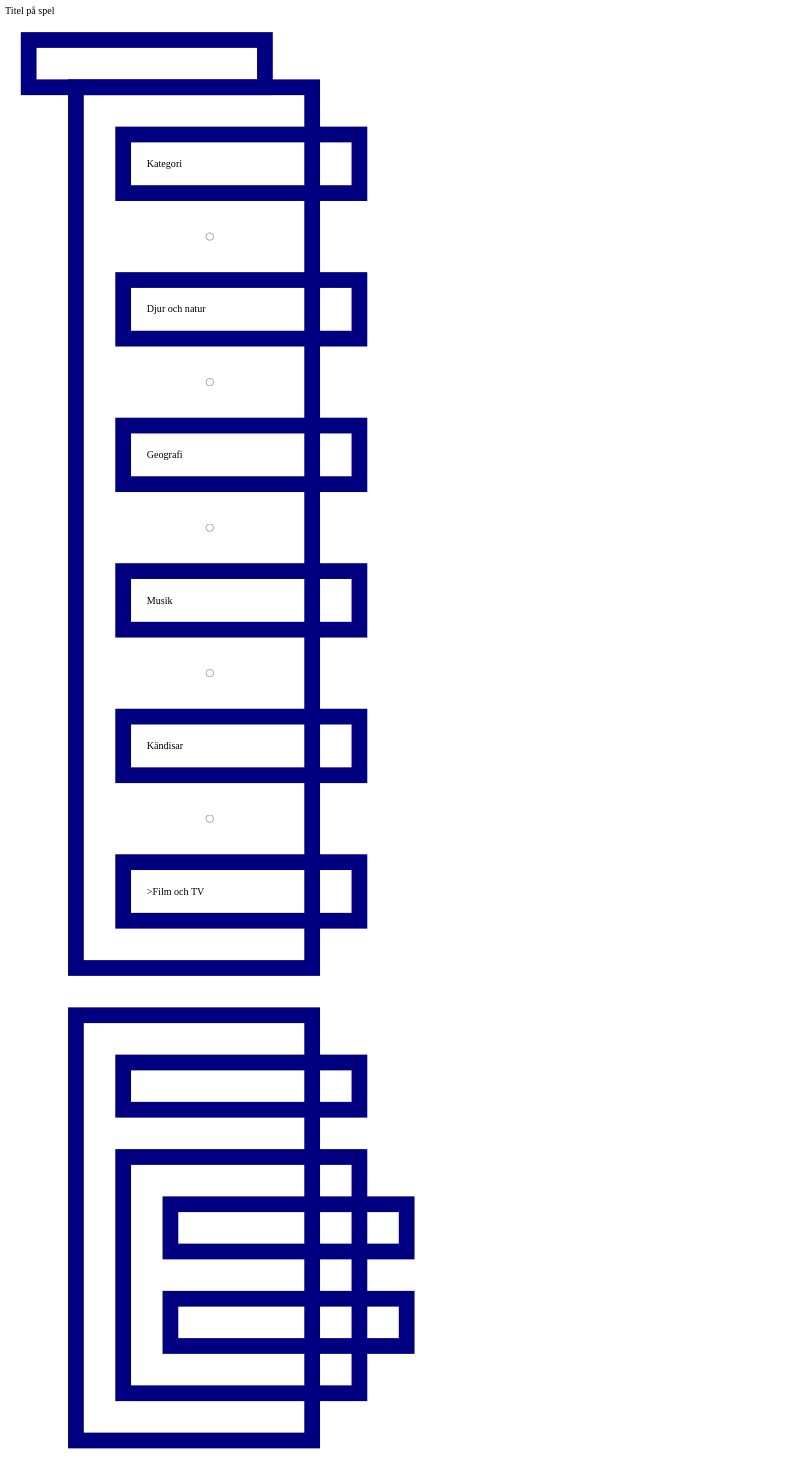
Repository: ed222gg/project2
Page: pages/start.html
The author's editor kept a record of every edit. The page is drawn from the files as they stood at one moment, then again after the next edit.
The browser window is 1280 px wide. The pictures show the whole page, at 63% of full size.

Above is the page before.

After the next edit:
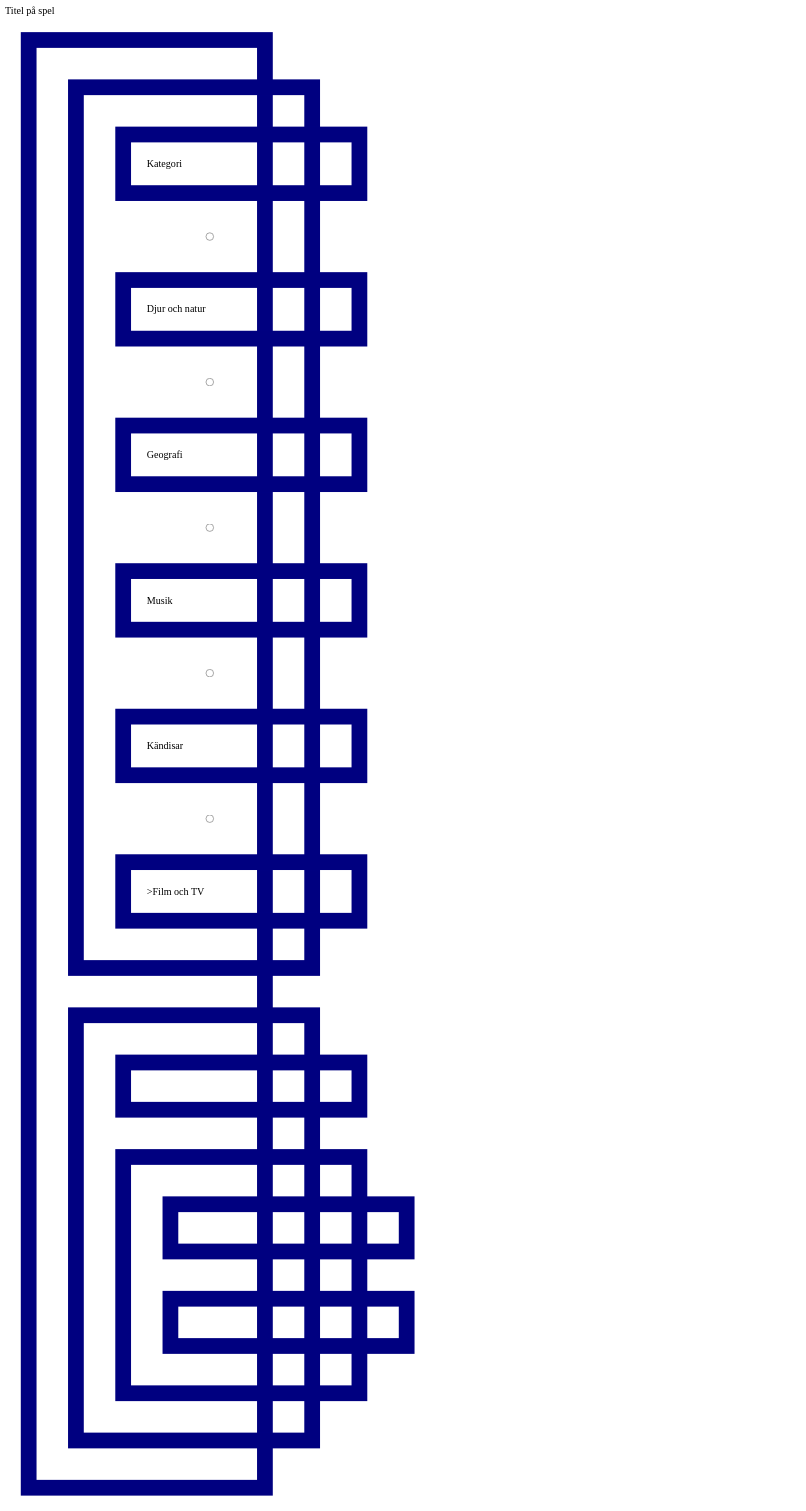
The edit:
--- a/css/style.css
+++ b/css/style.css
@@ -2,7 +2,7 @@
     background: #FFFFFF;
 }
 
-main{
+main{float:left;
     margin-right:44px;
 width: 300px;
     padding: 25px;
